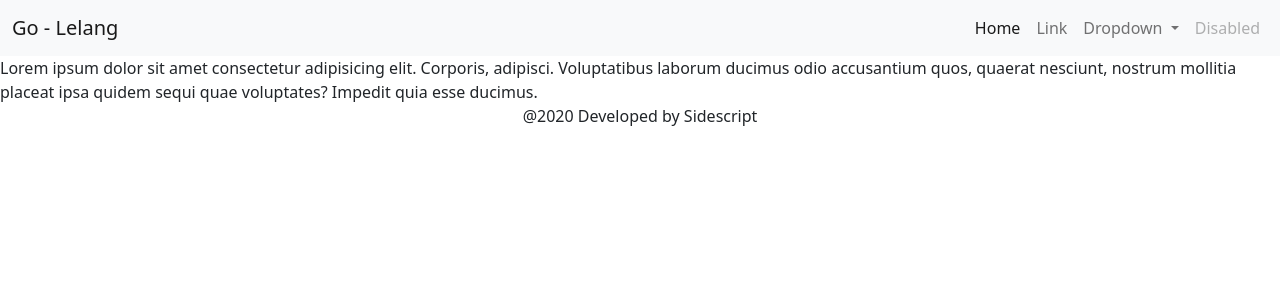
Repository: khulqu15/Go---Lelalng
Page: http://localhost/
These files come from the project's save history. The page is drawn as it stood at one moment and after the next save; the edit follows.
The browser window is 1280 px wide. The pictures show the whole page.
The page is served by the project's Laravel application, run on PHP 8.4 with Laravel 8.

Above is the page before, as saved 2021-02-22 09:12:54.

After the next save:
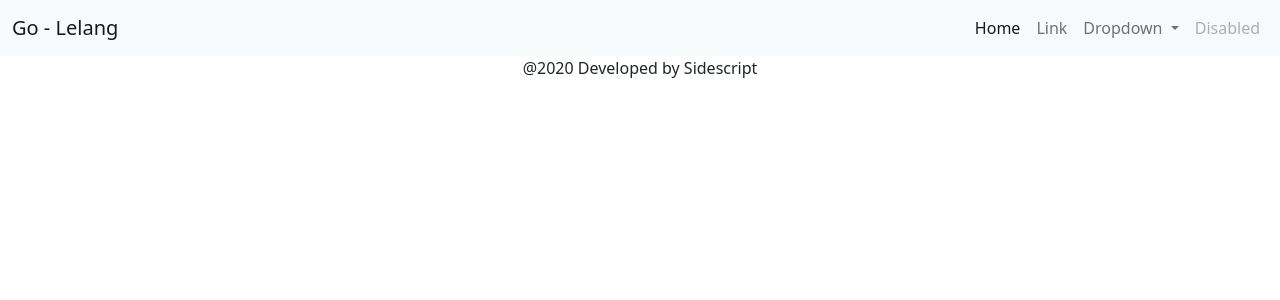
Saved 3 min 36 s later.
--- a/resources/views/welcome.blade.php
+++ b/resources/views/welcome.blade.php
@@ -3,5 +3,11 @@
 @section('title', 'Home')
 
 @section('content')
-    Lorem ipsum dolor sit amet consectetur adipisicing elit. Corporis, adipisci. Voluptatibus laborum ducimus odio accusantium quos, quaerat nesciunt, nostrum mollitia placeat ipsa quidem sequi quae voluptates? Impedit quia esse ducimus.
+    <div class="container-fluid">
+        <div class="row">
+            <div class="col-md-12">
+
+            </div>
+        </div>
+    </div>
 @endsection
